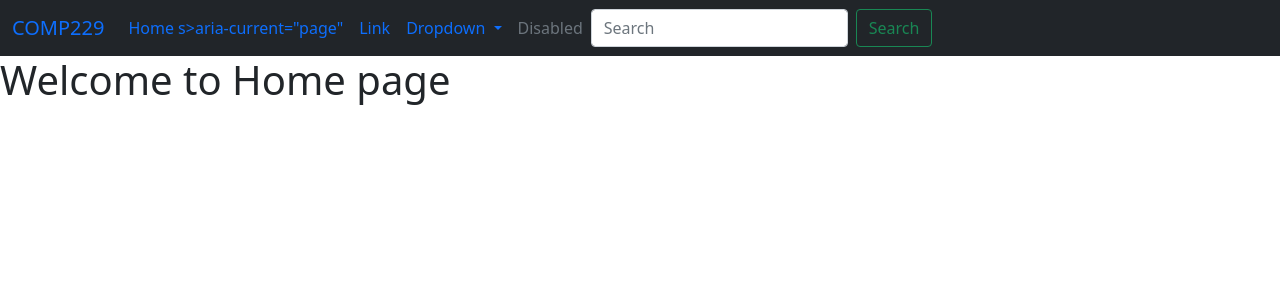
Repository: kiruriluap/COMP229-M2022-Labs
Page: http://localhost/
These files come from the project's save history. The page is drawn as it stood at one moment and after a run of saves; the edit follows.
The browser window is 1280 px wide. The pictures show the whole page.
The page is served by the project's Node server (server.js). Other server files are loaded and not shown.

Above is the page before, as saved 2022-05-28 17:23:55.

### week3-6 Partials - Copy - Copy/views/index.ejs
<!DOCTYPE html>
<html lang="en">
<head>
  <meta charset="UTF-8">
  <meta http-equiv="X-UA-Compatible" content="IE=edge">
  <meta name="viewport" content="width=device-width, initial-scale=1.0">
  <title><%= title %></title>
<!-- CSS Section -->
<link rel="stylesheet" href="/bootstrap/dist/css/bootstrap.min.css">
<link rel="stylesheet" href="/@fortawesome/fontawesome-free/css/all.min.css">
  <link rel='stylesheet' href='/content/app.css' />
</head>
<body>
  <!-- Main Navigator -->
  <nav class="navbar navbar-expand-lg bg-dark">
    <div class="container-fluid">
      <a class="navbar-brand" href="#">COMP229</a>
      <button class="navbar-toggler" type="button" data-bs-toggle="collapse" data-bs-target="#navbarSupportedContent" aria-controls="navbarSupportedContent" aria-expanded="false" aria-label="Toggle navigation">
        <span class="navbar-toggler-icon"></span>
      </button>

      <div class="collapse navbar-collapse" id="navbarSupportedContent">
        <ul class="navbar-nav mr-auto mb-2 mb-lg-0">
          <li class="nav-item active">
            <a class="nav-link active" href="#">Home <class="sr-only">s>aria-current="page" </a>
          </li>
          <li class="nav-item">
            <a class="nav-link" href="#">Link</a>
          </li>
          <li class="nav-item dropdown">
            <a class="nav-link dropdown-toggle" href="#" id="navbarDropdown" role="button" data-bs-toggle="dropdown" aria-expanded="false">
              Dropdown
            </a>
            <ul class="dropdown-menu" aria-labelledby="navbarDropdown">
              <li><a class="dropdown-item" href="#">Action</a></li>
              <li><a class="dropdown-item" href="#">Another action</a></li>
              <li><hr class="dropdown-divider"></li>
              <li><a class="dropdown-item" href="#">Something else here</a></li>
            </ul>
          </li>
          <li class="nav-item">
            <a class="nav-link disabled">Disabled</a>
          </li>
        </ul>
        <form class="d-flex" role="search">
          <input class="form-control me-2" type="search" placeholder="Search" aria-label="Search">
          <button class="btn btn-outline-success" type="submit">Search</button>
        </form>
      </div>
    </div>
  </nav>
  <h1>Welcome to <%= title %> page</h1>


<!-- Script Section -->
<script src="/jquery/dist/jquery.min.js"></script>
<script src="/bootstrap/dist/js/bootstrap.min.js"></script>
    <script src="/Scripts/app.js"></script>
</body>
</html>

### week3-6 Partials - Copy - Copy/server.js
#!/usr/bin/env node

/**
 * Module dependencies.
 */

var app = require('./app');
var debug = require('debug')('week3-2:server');
var http = require('http');

/**
 * Get port from environment and store in Express.
 */

var port = normalizePort(process.env.PORT || '3000');
app.set('port', port);

/**
 * Create HTTP server.
 */

var server = http.createServer(app);

/**
 * Listen on provided port, on all network interfaces.
 */

server.listen(port);
server.on('error', onError);
server.on('listening', onListening);

/**
 * Normalize a port into a number, string, or false.
 */

function normalizePort(val) {
  var port = parseInt(val, 10);

  if (isNaN(port)) {
    // named pipe
    return val;
  }

  if (port >= 0) {
    // port number
    return port;
  }

  return false;
}

/**
 * Event listener for HTTP server "error" event.
 */

function onError(error) {
  if (error.syscall !== 'listen') {
    throw error;
  }

  var bind = typeof port === 'string'
    ? 'Pipe ' + port
    : 'Port ' + port;

  // handle specific listen errors with friendly messages
  switch (error.code) {
    case 'EACCES':
      console.error(bind + ' requires elevated privileges');
      process.exit(1);
      break;
    case 'EADDRINUSE':
      console.error(bind + ' is already in use');
      process.exit(1);
      break;
    default:
      throw error;
  }
}

/**
 * Event listener for HTTP server "listening" event.
 */

function onListening() {
  var addr = server.address();
  var bind = typeof addr === 'string'
    ? 'pipe ' + addr
    : 'port ' + addr.port;
  debug('Listening on ' + bind);
}

### week3-6 Partials - Copy - Copy/routes/index.js
var express = require('express');
var router = express.Router();

/* GET Home page. */
router.get('/', function(req, res, next) {
  res.render('index', { title: 'Home' });
});

/* GET Home page. */
router.get('/home', function(req, res, next) {
  res.render('index', { title: 'Home' });
});

/* GET About Me page. */
router.get('/about', function(req, res, next) {
  res.render('index', { title: 'About' });
});

/* GET Projects page. */
router.get('/projects', function(req, res, next) {
  res.render('index', { title: 'Projects' });
});

/* GET Services page. */
router.get('/services', function(req, res, next) {
  res.render('index', { title: 'Services' });
});

/* GET Contact page. */
router.get('/Contact', function(req, res, next) {
  res.render('index', { title: 'Contact' });
});

module.exports = router;

### week3-6 Partials - Copy - Copy/app.js
//installed 3rd party packages
let createError = require('http-errors');
let express = require('express');
let path = require('path');
let cookieParser = require('cookie-parser');
let logger = require('morgan');

let indexRouter = require('./routes/index');
let usersRouter = require('./routes/users');

let app = express();

// view engine setup
app.set('views', path.join(__dirname, 'views'));
app.set('view engine', 'ejs');//express -e

app.use(logger('dev'));
app.use(express.json());
app.use(express.urlencoded({ extended: false }));
app.use(cookieParser());
app.use(express.static(path.join(__dirname, 'public')));
app.use(express.static(path.join(__dirname, 'node_modules')));

app.use('/', indexRouter);
app.use('/users', usersRouter);

// catch 404 and forward to error handler
app.use(function(req, res, next) {
  next(createError(404));
});

// error handler
app.use(function(err, req, res, next) {
  // set locals, only providing error in development
  res.locals.message = err.message;
  res.locals.error = req.app.get('env') === 'development' ? err : {};

  // render the error page
  res.status(err.status || 500);
  res.render('error');
});

module.exports = app;

### week3-6 Partials - Copy - Copy/public/Scripts/app.js
//IIFE --Immedistely involved function expression
(function(){

function start()
{
console.log("App started........");
}

window.addEventListener("load", start);

})();

### week3-6 Partials - Copy - Copy/public/Content/app.css
/* custom css goes here */

After the next 2 saves:
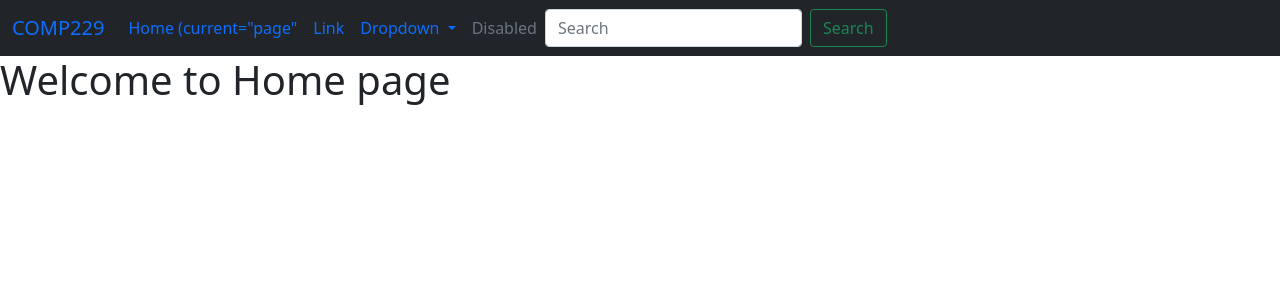
The 2 saves are shown as one change because they came seconds apart.
The last was saved 6 s later.
--- a/week3-6 Partials - Copy - Copy/views/index.ejs
+++ b/week3-6 Partials - Copy - Copy/views/index.ejs
@@ -22,7 +22,7 @@
       <div class="collapse navbar-collapse" id="navbarSupportedContent">
         <ul class="navbar-nav mr-auto mb-2 mb-lg-0">
           <li class="nav-item active">
-            <a class="nav-link active" href="#">Home <class="sr-only">s>aria-current="page" </a>
+            <a class="nav-link active" href="#">Home <class="sr-only">(current="page" </a>
           </li>
           <li class="nav-item">
             <a class="nav-link" href="#">Link</a>
